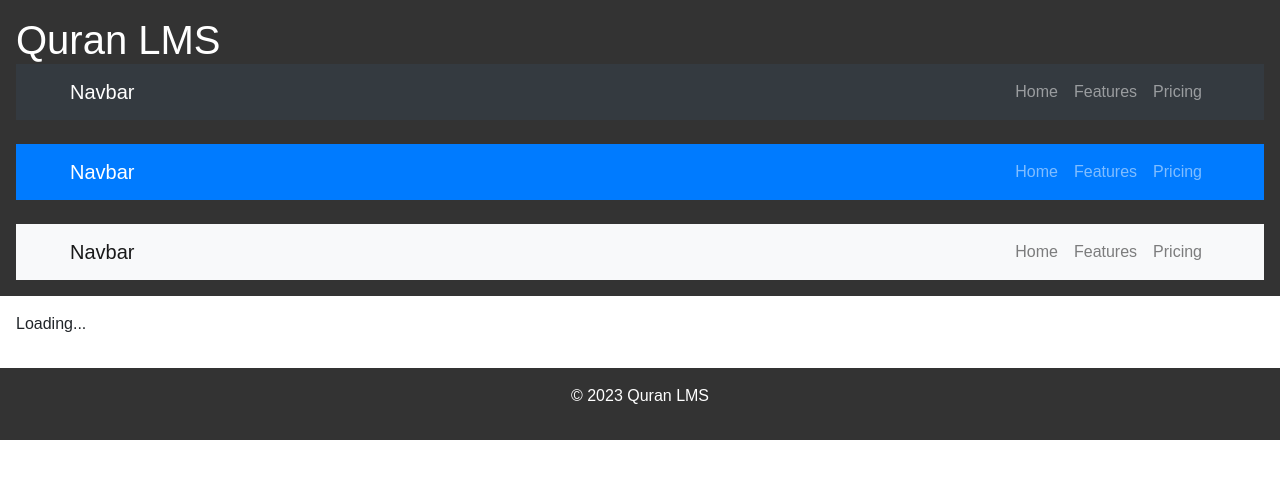
Repository: talha-mahmood/Quran-Lms-react
Page: /
The author's editor kept a copy of each file at every save. The page is drawn from the files as they stood at one save, then again after the next save.
The browser window is 1280 px wide. The pictures show the whole page.
The page's requests for data from a server got no answer. The project was rebuilt for these pictures with package versions that can differ from the ones it lists, and the page was loaded fresh each time. No one was signed in, and anything a server would have sent is missing.

Above is the page before, as saved 2023-03-08 00:57:17.

### public/index.html
<!DOCTYPE html>
<html lang="en">
  <head>
    <meta charset="utf-8" />
    <link rel="icon" href="%PUBLIC_URL%/favicon.ico" />
    <meta name="viewport" content="width=device-width, initial-scale=1" />
    <meta name="theme-color" content="#000000" />
    <meta
      name="description"
      content="Web site created using create-react-app"
    />

    <link rel="apple-touch-icon" href="%PUBLIC_URL%/logo192.png" />
    <link rel="stylesheet" href="https://cdn.jsdelivr.net/npm/bootstrap@4.4.1/dist/css/bootstrap.min.css" integrity="sha384-Vkoo8x4CGsO3+Hhxv8T/Q5PaXtkKtu6ug5TOeNV6gBiFeWPGFN9MuhOf23Q9Ifjh" crossorigin="anonymous">
    <script src="https://code.jquery.com/jquery-3.4.1.slim.min.js" integrity="sha384-J6qa4849blE2+poT4WnyKhv5vZF5SrPo0iEjwBvKU7imGFAV0wwj1yYfoRSJoZ+n" crossorigin="anonymous"></script>
   <script src="https://cdn.jsdelivr.net/npm/popper.js@1.16.0/dist/umd/popper.min.js" integrity="sha384-Q6E9RHvbIyZFJoft+2mJbHaEWldlvI9IOYy5n3zV9zzTtmI3UksdQRVvoxMfooAo" crossorigin="anonymous"></script>
   <script src="https://cdn.jsdelivr.net/npm/bootstrap@4.4.1/dist/js/bootstrap.min.js" integrity="sha384-wfSDF2E50Y2D1uUdj0O3uMBJnjuUD4Ih7YwaYd1iqfktj0Uod8GCExl3Og8ifwB6" crossorigin="anonymous"></script>
    <!--
      manifest.json provides metadata used when your web app is installed on a
      user's mobile device or desktop. See https://developers.google.com/web/fundamentals/web-app-manifest/
    -->
    <link rel="manifest" href="%PUBLIC_URL%/manifest.json" />
    <!--
      Notice the use of %PUBLIC_URL% in the tags above.
      It will be replaced with the URL of the `public` folder during the build.
      Only files inside the `public` folder can be referenced from the HTML.

      Unlike "/favicon.ico" or "favicon.ico", "%PUBLIC_URL%/favicon.ico" will
      work correctly both with client-side routing and a non-root public URL.
      Learn how to configure a non-root public URL by running `npm run build`.
    -->
    <title>React App</title>
  </head>
  <body>
    <noscript>You need to enable JavaScript to run this app.</noscript>
    <div id="root"></div>

    <!--
      This HTML file is a template.
      If you open it directly in the browser, you will see an empty page.

      You can add webfonts, meta tags, or analytics to this file.
      The build step will place the bundled scripts into the <body> tag.

      To begin the development, run `npm start` or `yarn start`.
      To create a production bundle, use `npm run build` or `yarn build`.
    -->
  </body>
</html>

### src/App.js
import './App.css';
import React,{Component} from 'react';
import Container from 'react-bootstrap/Container';
import Navbar from 'react-bootstrap/Navbar';
import Nav from 'react-bootstrap/Nav';
class QuranLMS extends Component {
  state = {
    verses: [],
    isLoading: true
  };

  async componentDidMount() {
    const response = await fetch("https://api.quran.com/api/v4/quran/verses/uthmani?chapter_number=1");
    const data = await response.json();
    this.setState({
      verses: data.verses,
      isLoading: false
    });
  }

  render() {
    const { verses, isLoading } = this.state;
    return (
      <div>
        <header>
          <h1>Quran LMS</h1>
          <div>
          <Navbar bg="dark" variant="dark">
        <Container>
          <Navbar.Brand href="#home">Navbar</Navbar.Brand>
          <Nav className="me-auto">
            <Nav.Link href="#home">Home</Nav.Link>
            <Nav.Link href="#features">Features</Nav.Link>
            <Nav.Link href="#pricing">Pricing</Nav.Link>
          </Nav>
        </Container>
      </Navbar>
      <br />
      <Navbar bg="primary" variant="dark">
        <Container>
          <Navbar.Brand href="#home">Navbar</Navbar.Brand>
          <Nav className="me-auto">
            <Nav.Link href="#home">Home</Nav.Link>
            <Nav.Link href="#features">Features</Nav.Link>
            <Nav.Link href="#pricing">Pricing</Nav.Link>
          </Nav>
        </Container>
      </Navbar>

      <br />
      <Navbar bg="light" variant="light">
        <Container>
          <Navbar.Brand href="#home">Navbar</Navbar.Brand>
          <Nav className="me-auto">
            <Nav.Link href="#home">Home</Nav.Link>
            <Nav.Link href="#features">Features</Nav.Link>
            <Nav.Link href="#pricing">Pricing</Nav.Link>
          </Nav>
        </Container>
      </Navbar>
          </div>


        </header>
        <main>
          {isLoading ? (
            <p>Loading...</p>
          ) : (
            verses.map((verse) => (
              <p key={verse.id}>{verse.text_uthmani}</p>
            ))
          )}
        </main>
        <footer>
          <p>&copy; 2023 Quran LMS</p>
        </footer>
      </div>
    );
  }
}

export default QuranLMS;

### src/App.css
body {
  font-family: Arial, sans-serif;
  margin: 0;
}

header {
  background-color: #333;
  color: #fff;
  padding: 1em;
}

header h1 {
  margin: 0;
}

main {
  padding: 1em;
}

footer {
  background-color: #333;
  color: #fff;
  padding: 1em;
  text-align: center;
}

Loaded but not shown: src/index.js (common file); src/index.css (common file); src/reportWebVitals.js (common file)

After the next save:
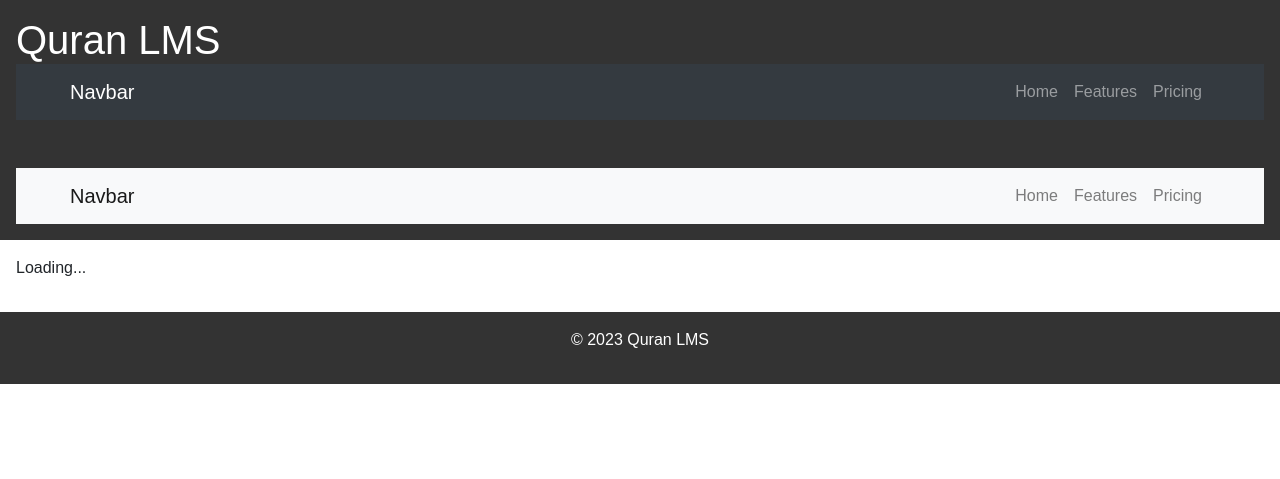
Saved 56 s later.
--- a/src/App.js
+++ b/src/App.js
@@ -36,16 +36,7 @@ class QuranLMS extends Component {
         </Container>
       </Navbar>
       <br />
-      <Navbar bg="primary" variant="dark">
-        <Container>
-          <Navbar.Brand href="#home">Navbar</Navbar.Brand>
-          <Nav className="me-auto">
-            <Nav.Link href="#home">Home</Nav.Link>
-            <Nav.Link href="#features">Features</Nav.Link>
-            <Nav.Link href="#pricing">Pricing</Nav.Link>
-          </Nav>
-        </Container>
-      </Navbar>
+
 
       <br />
       <Navbar bg="light" variant="light">
